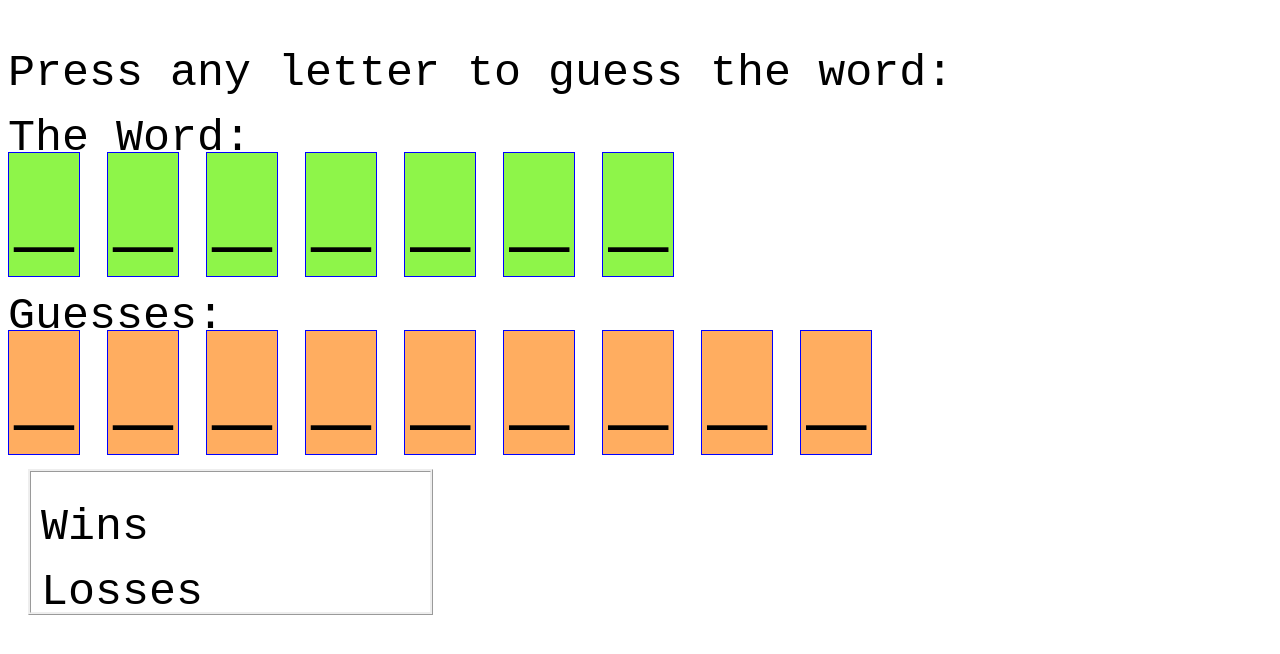
Repository: dsaftler/JavaScript
Page: index.html
The author's editor kept a copy of each file at every save. The page is drawn from the files as they stood at one save, then again after the next save.
The browser window is 1280 px wide. The pictures show the whole page.

Above is the page before, as saved 2019-03-30 22:59:42.

After the next save:
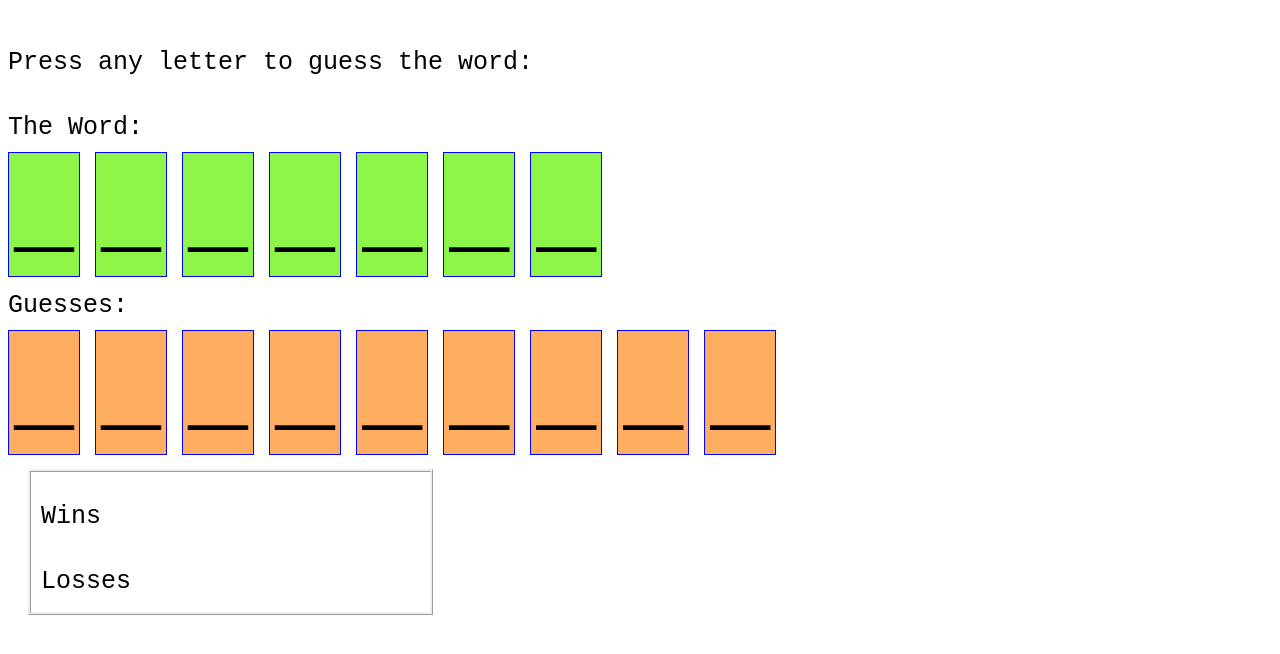
Saved 10 s later.
--- a/assets/css/style.css
+++ b/assets/css/style.css
@@ -2,7 +2,7 @@ body {font-family: 'Ubuntu+Mono',monospace, sans-serif;
 font-weight: 400}
 .showtext {height:35px;
 padding: 20px 0 10px;
-font-size: 45px;
+font-size: 25px;
 }
 .letter {font-size: 100px;
   display: inline;
